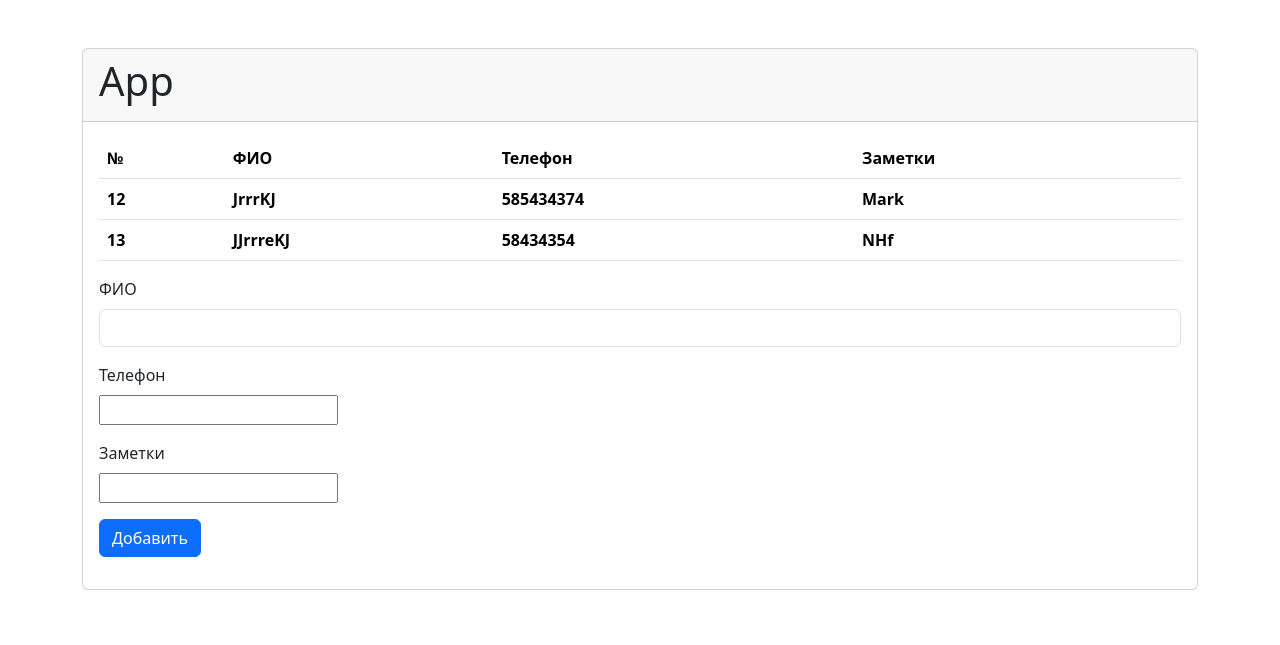
Repository: tatacheba/appstepikjavareact
Page: / (app in client/)
An editor plug-in stored every save of this project. The page is shown before and after the next save, followed by the edit.
The browser window is 1280 px wide. The pictures show the whole page.
The project was rebuilt for these pictures with package versions that can differ from the ones it lists, and the page was loaded fresh each time. Also part of the build but not shown: client/src/App.css.

Above is the page before, as saved 2024-11-27 14:47:12.

### client/public/index.html
<!DOCTYPE html>
<html lang="en">
    <head>
        <meta charset="utf-8" />
        <link rel="icon" href="%PUBLIC_URL%/favicon.ico" />
        <meta name="viewport" content="width=device-width, initial-scale=1" />
        <meta name="theme-color" content="#000000" />
        <meta
            name="description"
            content="Web site created using create-react-app"
        />
        <link rel="apple-touch-icon" href="%PUBLIC_URL%/logo192.png" />
        <link
            href="https://cdn.jsdelivr.net/npm/bootstrap@5.3.3/dist/css/bootstrap.min.css"
            rel="stylesheet"
            integrity="sha384-QWTKZyjpPEjISv5WaRU9OFeRpok6YctnYmDr5pNlyT2bRjXh0JMhjY6hW+ALEwIH"
            crossorigin="anonymous"
        />
        <!--
      manifest.json provides metadata used when your web app is installed on a
      user's mobile device or desktop. See https://developers.google.com/web/fundamentals/web-app-manifest/
    -->
        <link rel="manifest" href="%PUBLIC_URL%/manifest.json" />

        <title>App of Stepik</title>
    </head>
    <body>
        <div id="root"></div>
        <script
            src="https://cdn.jsdelivr.net/npm/bootstrap@5.3.3/dist/js/bootstrap.bundle.min.js"
            integrity="sha384-YvpcrYf0tY3lHB60NNkmXc5s9fDVZLESaAA55NDzOxhy9GkcIdslK1eN7N6jIeHz"
            crossorigin="anonymous"
        ></script>
    </body>
</html>

### client/src/index.js
import React from "react";
import ReactDOM from "react-dom/client";
import "./index.css";
import App from "./App";
import "bootstrap/dist/css/bootstrap.min.css";
import "bootstrap/dist/js/bootstrap.bundle.min.js";

const root = ReactDOM.createRoot(document.getElementById("root"));
root.render(
    <React.StrictMode>
        <App />
    </React.StrictMode>
);

### client/src/App.js
import "./App.css";
import TablewView from "./layouts/tableView/TablewView";
import { useState } from "react";
import FormNewItem from "./layouts/formNewItem/FormNewItem";

function App() {
    const [items, setItem] = useState([
        { id: 12, fullName: "JrrrKJ", phone: 585434374, notes: "Mark" },
        { id: 13, fullName: "JJrrreKJ", phone: 58434354, notes: "NHf" },
    ]);

    function appendContact() {
        const contact = {
            id: 15,
            fullName: "ннннн",
            phone: 585444,
            notes: "FFFF",
        };
        items[0].fullName = "Bpvtyt";
        setItem([...items, contact]);
        console.log(items);
    }

    return (
        <div className="container mt-5">
            <div className=" card">
                <div className="card-header">
                    <h1>App</h1>
                </div>
                <div className="card-body">
                    <TablewView data={items} />
                    <FormNewItem appendContact={appendContact} />
                </div>
            </div>
        </div>
    );
}

export default App;

### client/src/layouts/tableView/TablewView.js
import React from "react";
import TableRowItem from "./components/TableRowItem";

const TablewView = (props) => {
    return (
        <table className="table table-hover">
            <thead>
                <tr>
                    <th scope="col">№</th>
                    <th scope="col">ФИО</th>
                    <th scope="col">Телефон</th>
                    <th scope="col">Заметки</th>
                </tr>
            </thead>
            <tbody>
                {props.data.map((item) => (
                    <TableRowItem contact={item} />
                ))}
            </tbody>
        </table>
    );
};
export default TablewView;

### client/src/layouts/formNewItem/FormNewItem.js
import React from "react";

function FormNewItem(props) {
    return (
        <div className="mb-3">
            <form>
                <label className="form-label">ФИО</label>
                <div className="mb-3 ">
                    <input type="text" className="form-control" />
                </div>
                <label className="form-label">Телефон</label>
                <div className="mb-3">
                    <input type="textarea" />
                </div>
                <label className="form-label">Заметки</label>
                <div className="mb-3">
                    <input type="text" />
                </div>
                <button
                    className="btn btn-primary"
                    onClick={props.appendContact}
                    type="button"
                >
                    Добавить
                </button>
            </form>
        </div>
    );
}

export default FormNewItem;

### client/src/layouts/tableView/components/TableRowItem.js
import React from "react";

const TableRowItem = (props) => {
    return (
        <tr>
            <th scope="row">{props.contact.id}</th>
            <th>{props.contact.fullName}</th>
            <th>{props.contact.phone}</th>
            <th>{props.contact.notes}</th>
        </tr>
    );
};

export default TableRowItem;

Loaded but not shown: client/src/index.css (common file)

After the next save:
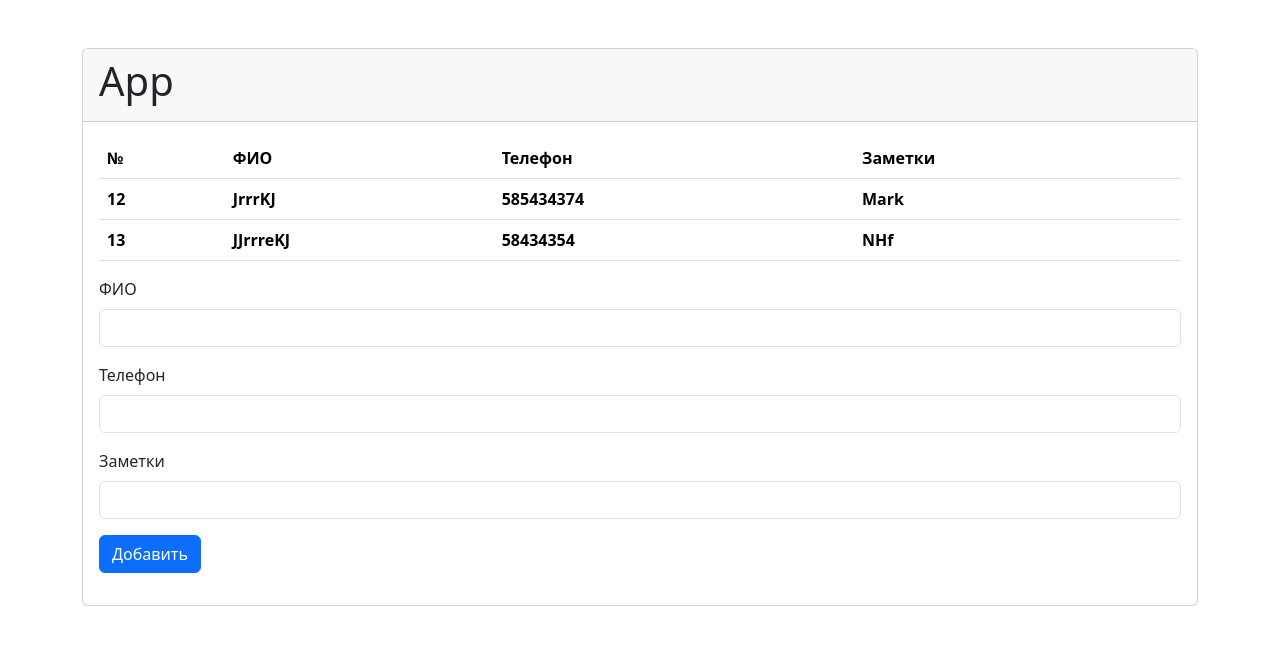
Saved 28 s later.
--- a/client/src/layouts/formNewItem/FormNewItem.js
+++ b/client/src/layouts/formNewItem/FormNewItem.js
@@ -10,11 +10,11 @@ function FormNewItem(props) {
                 </div>
                 <label className="form-label">Телефон</label>
                 <div className="mb-3">
-                    <input type="textarea" />
+                    <input type="textarea" className="form-control" />
                 </div>
                 <label className="form-label">Заметки</label>
                 <div className="mb-3">
-                    <input type="text" />
+                    <input type="text" className="form-control" />
                 </div>
                 <button
                     className="btn btn-primary"
